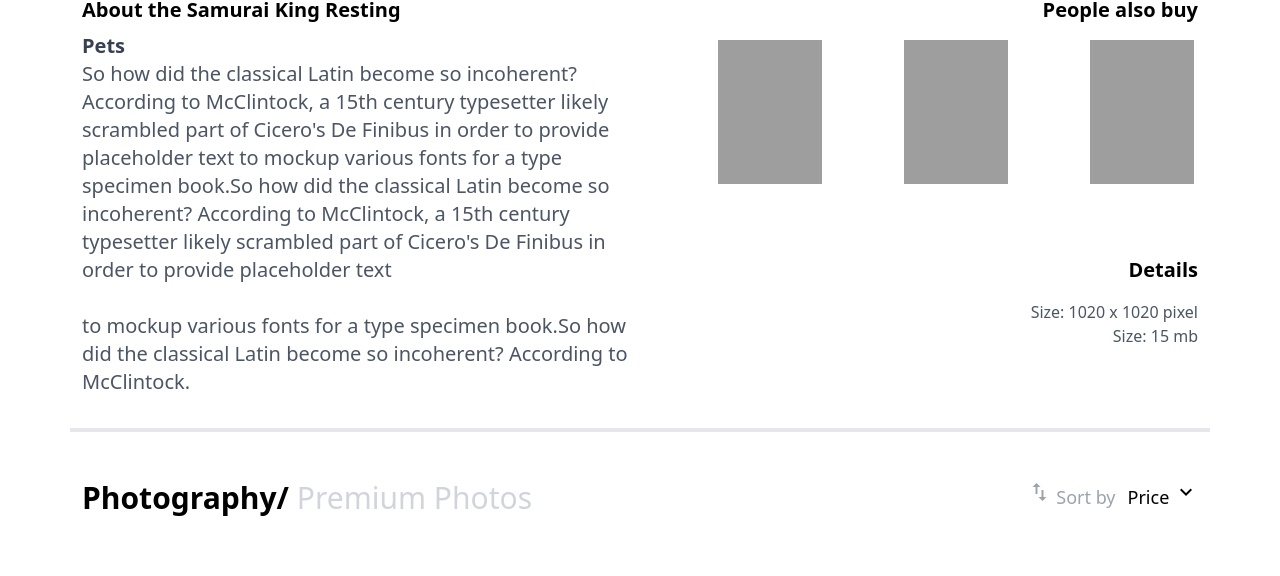
Repository: latenightsnacc/cra-template-html
Page: index.html
These files come from the project's save history. The page is drawn as it stood at one moment and after the next save; the edit follows.
The browser window is 1280 px wide. The pictures show the part of the page from y = 528 to 1104 px (the page is 2228 px tall).
Pictures or frames that could not be fetched are drawn as grey boxes. A picture or video elsewhere on the page could not be fetched, so the positions and the page height are approximate.

Above is the page before, as saved 2021-04-22 16:04:36.

After the next save:
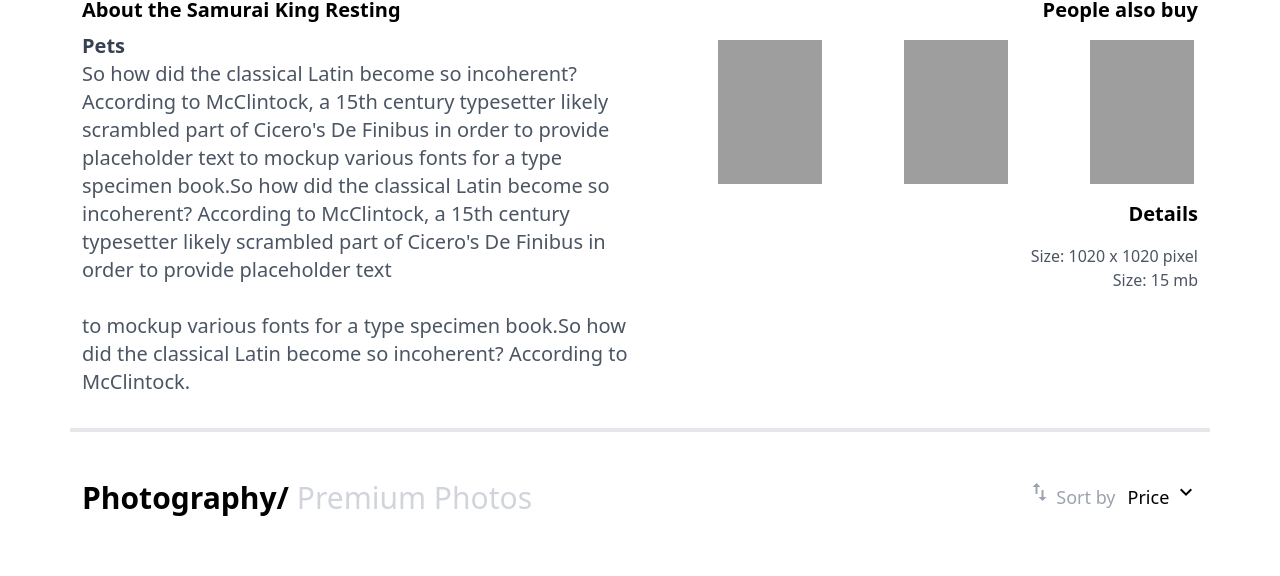
Saved 8 s later.
--- a/index.html
+++ b/index.html
@@ -128,7 +128,7 @@
                         </div>
                     </div>
                     <!--PHOTO OF THE DAY DETAILS-->
-                    <ul class="text-left md:text-right pl-0 md:mt-16">
+                    <ul class="text-left md:text-right pl-0 mt-2 md:mt-16">
                         <div class=" text-black font-bold text-xl capitalize pb-3">details</div>
                         <li class=" font-normal text-base text-gray-600">Size: 1020 x 1020 pixel</li>
                         <li class=" font-normal text-base text-gray-600">Size: 15 mb</li>

After the save that followed:
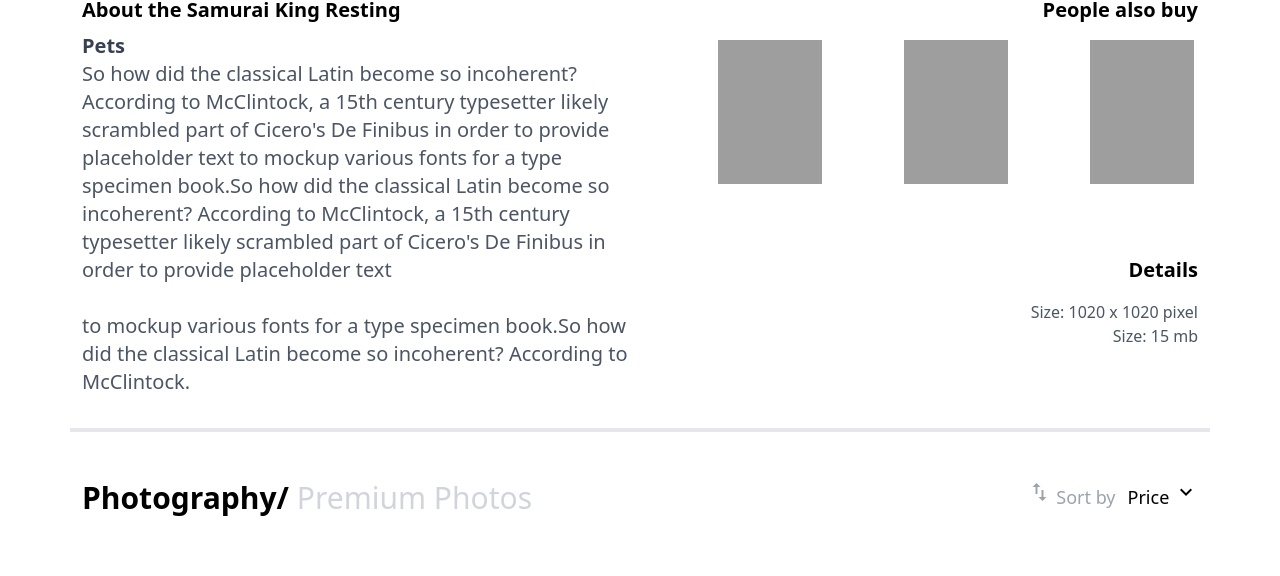
Saved 51 s later.
--- a/index.html
+++ b/index.html
@@ -128,7 +128,7 @@
                         </div>
                     </div>
                     <!--PHOTO OF THE DAY DETAILS-->
-                    <ul class="text-left md:text-right pl-0 mt-2 md:mt-16">
+                    <ul class="text-left md:text-right pl-0 md:mt-16">
                         <div class=" text-black font-bold text-xl capitalize pb-3">details</div>
                         <li class=" font-normal text-base text-gray-600">Size: 1020 x 1020 pixel</li>
                         <li class=" font-normal text-base text-gray-600">Size: 15 mb</li>
